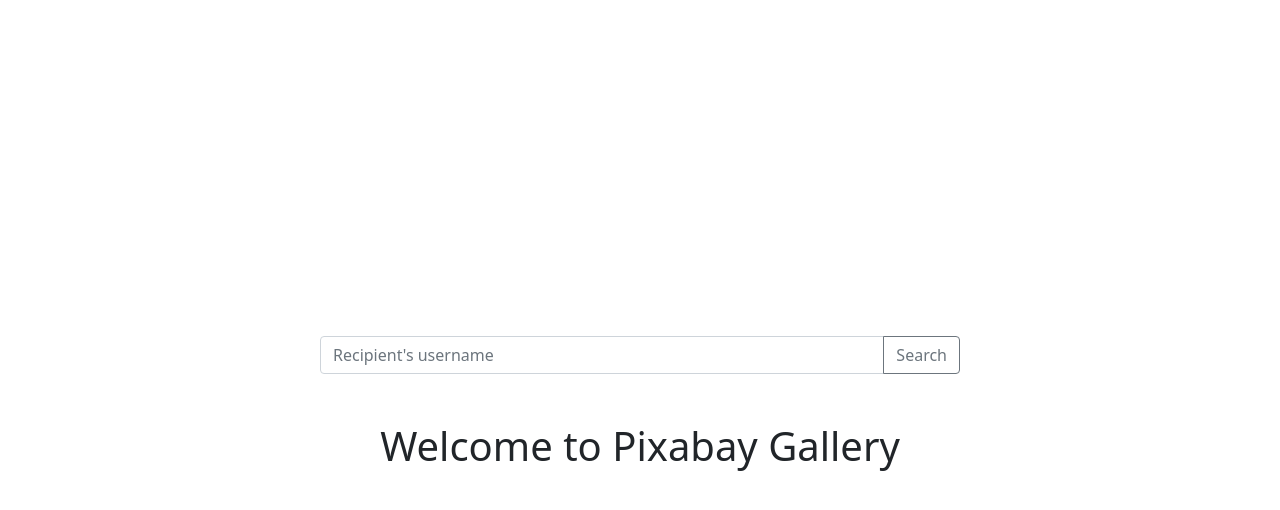
Repository: mehedi9465/PixaBay-Gallery
Page: index.html
These files come from the project's save history. The page is drawn as it stood at one moment and after a run of saves; the edit follows.
The browser window is 1280 px wide. The pictures show the whole page.

Above is the page before, as saved 2023-05-09 13:16:09.

### index.html
<!DOCTYPE html>
<html lang="en">
  <head>
    <meta charset="UTF-8" />
    <meta http-equiv="X-UA-Compatible" content="IE=edge" />
    <meta name="viewport" content="width=device-width, initial-scale=1.0" />
    <title>Pixabay</title>
    <link
      rel="shortcut icon"
      href="https://pixabay.com/favicon-32x32.png"
      type="image/x-icon"
    />
    <link
      href="https://cdn.jsdelivr.net/npm/bootstrap@5.1.1/dist/css/bootstrap.min.css"
      rel="stylesheet"
      integrity="sha384-F3w7mX95PdgyTmZZMECAngseQB83DfGTowi0iMjiWaeVhAn4FJkqJByhZMI3AhiU"
      crossorigin="anonymous"
    />
    <script
      src="https://cdn.jsdelivr.net/npm/bootstrap@5.1.1/dist/js/bootstrap.bundle.min.js"
      integrity="sha384-/bQdsTh/da6pkI1MST/rWKFNjaCP5gBSY4sEBT38Q/9RBh9AH40zEOg7Hlq2THRZ"
      crossorigin="anonymous"
    ></script>
    <link rel="stylesheet" href="css/style.css" />
  </head>
  <body>
    <main>
      <div class="position-relative" style="height: 80vh">
        <div
          class="text-center fs-1 position-absolute top-50 bottom-50 start-0 end-0 m-auto"
        >
          <div class="input-group mt-5 mb-5 w-50 mx-auto overflow-hidden">
            <input
              type="text"
              class="form-control"
              placeholder="Recipient's username"
              aria-label="Recipient's username"
              aria-describedby="button-addon2"
              id="InputField"
            />
            <button
              class="btn btn-outline-secondary"
              type="button"
              id="button-addon2"
            >
              Search
            </button>
          </div>
          <h1 class="text-center fs-1">Welcome to Pixabay Gallery</h1>
        </div>
      </div>
    </main>

    <script src="js/script.js"></script>
  </body>
</html>

### css/style.css
.col img{
    width: 450px;
    height: 350px;
    object-fit: cover;
}

### js/script.js
const KEY = "12991928-c7c6409774c494db9971343c7";
let dataList = [];

const getData = (query) => {
  fetch(
    `https://pixabay.com/api/?key=${KEY}&q=${query}&image_type=photo&pretty=true`
  )
    .then((response) => response.json())
    .then((data) => loadData(data.hits))
    .catch((err) => console.log(err));
};

document.getElementById("button-addon2").addEventListener("click", () => {
  const inputValue = document.getElementById("InputField").value;
  getData(inputValue);
});

const loadData = (datas) => {
  dataList = [...datas];
  if (datas.length === 0) {
    alert("No result found");
    return;
  }
  const imageContainer = document.getElementById("image-Container");
  imageContainer.innerHTML = "";
  datas.forEach((data) => {
    let imgSerial = datas.indexOf(data);
    const appendDiv = document.createElement("div");
    appendDiv.innerHTML = `
        <div id="image" class="col text-center" onclick="loadDetails('${data.largeImageURL}', '${imgSerial}')">
            <img src="${data.largeImageURL}" class="card-img-top" alt="...">
        </div>
        `;
    imageContainer.appendChild(appendDiv);
  });
};

const detailDiv = document.getElementById("details");

document.getElementById("InputField").addEventListener("click", () => {
  document.getElementById("InputField").value = "";
});

const loadDetails = (data, imgSerial) => {
  // console.log(imgSerial);
  const img = document.createElement("img");
  img.setAttribute("src", data);

  const nextBTN = document.createElement("span");
  // nextBTN.innerHTML = `<button class="btn btn-secondary border-0 outline-0">Next</button>`
  nextBTN.innerHTML = `<img src="https://cdn-icons-png.flaticon.com/512/892/892528.png" width='80' class="position-absolute end-0 top-50 bottom-50 m-auto cursor-pointer" alt="..." onclick="onNext('${imgSerial}')" />`;

  const prevBTN = document.createElement("span");
  // prevBTN.innerHTML = `<button class="btn btn-secondary border-0 outline-0">Prev</button>`
  prevBTN.innerHTML = `<img src="https://cdn-icons-png.flaticon.com/512/892/892512.png" width='80' class="position-absolute start-0 top-50 bottom-50 m-auto cursor-pointer" alt="..." onclick="onPrev('${imgSerial}')" />`;

  detailDiv.innerHTML = "";
  detailDiv.append(prevBTN);
  detailDiv.appendChild(img);
  detailDiv.append(nextBTN);
};

const onNext = (imgSerial) => {
  if (imgSerial >= 0 && imgSerial <= 18) {
    imgSerial++;
    const data = dataList[imgSerial];
    loadDetails(data.largeImageURL, imgSerial);
  } else if (imgSerial == 19) {
    imgSerial = 0;
    const data = dataList[imgSerial];
    loadDetails(data.largeImageURL, imgSerial);
  }
};

const onPrev = (imgSerial) => {
  if (imgSerial <= 19 && imgSerial >=1) {
    imgSerial--;
    const data = dataList[imgSerial];
    loadDetails(data.largeImageURL, imgSerial);
  } else if (imgSerial == 0) {
    imgSerial = 19;
    const data = dataList[imgSerial];
    loadDetails(data.largeImageURL, imgSerial);
  }
};

// const nextBTN = ' <span><img class="border-0 outline-0" src="https://cdn-icons-png.flaticon.com/512/892/892512.png" alt="Prev" width="200"></span>'
// const prevBTN = '<span><img src="https://cdn-icons-png.flaticon.com/512/892/892528.png" alt="Next" width="200"></span>'

After the next 2 saves:
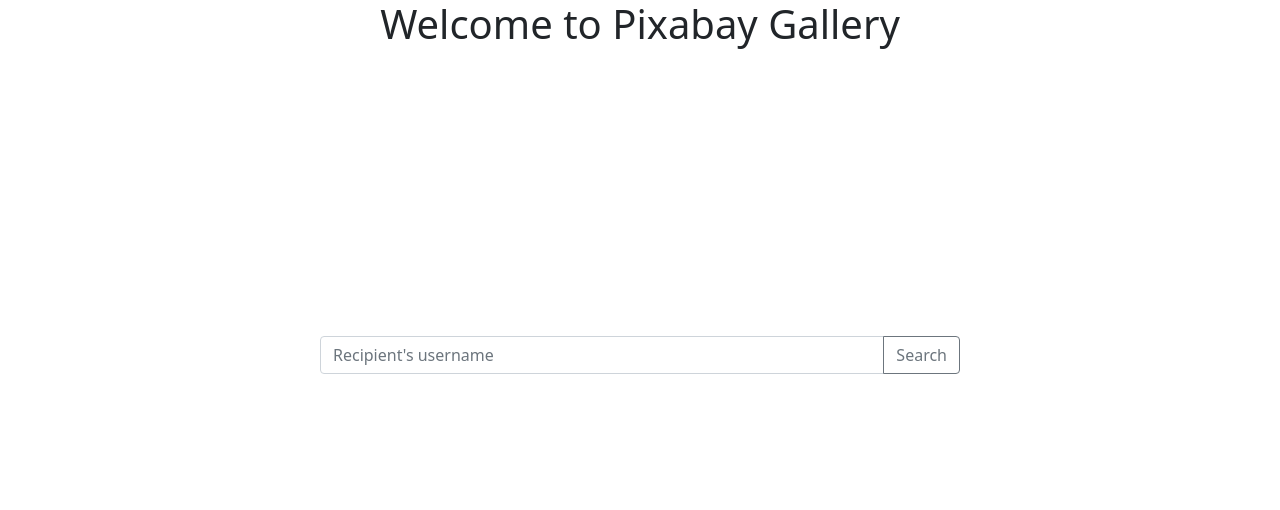
The 2 saves are shown as one change because they came seconds apart.
The last was saved 11 s later.
--- a/index.html
+++ b/index.html
@@ -26,6 +26,7 @@
   <body>
     <main>
       <div class="position-relative" style="height: 80vh">
+        <h1 class="text-center fs-1">Welcome to Pixabay Gallery</h1>
         <div
           class="text-center fs-1 position-absolute top-50 bottom-50 start-0 end-0 m-auto"
         >
@@ -46,7 +47,6 @@
               Search
             </button>
           </div>
-          <h1 class="text-center fs-1">Welcome to Pixabay Gallery</h1>
         </div>
       </div>
     </main>
